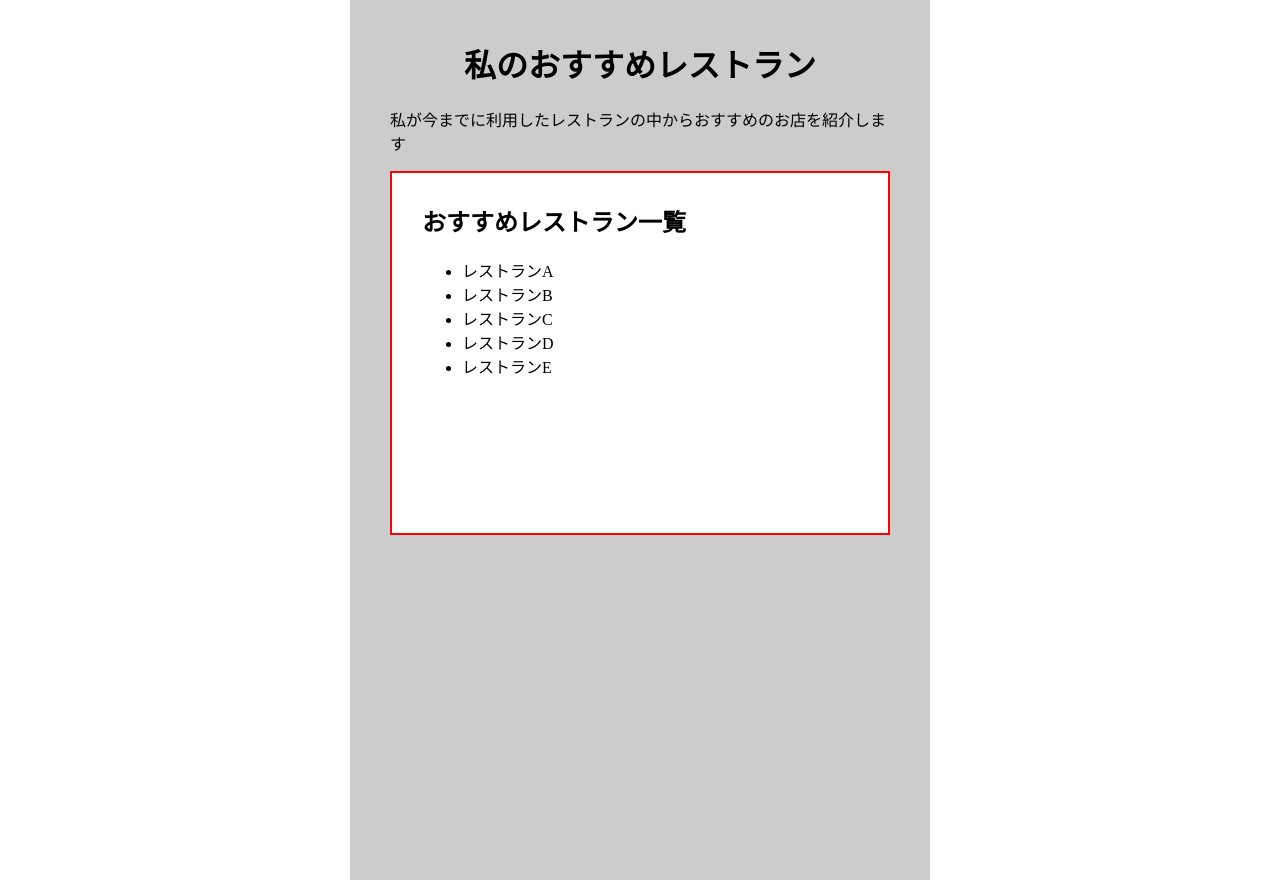
Repository: tsubasa2/restaurant
Page: 2021.2.html
The author's editor kept a record of every edit. The page is drawn from the files as they stood at one moment, then again after the next edit.
The browser window is 1280 px wide. The pictures show the whole page.

Above is the page before.

### 2021.2.html
<!DOCTYPE html>
<html lang="ja">
    <head>
        <meta charset="UTF-8">
        <title>私のおすすめレストラン</title>
        <link rel="stylesheet" href="style.css">
    </head>
    <body>
        <div id="wrapper">
            <h1>私のおすすめレストラン</h1>
            <p>私が今までに利用したレストランの中からおすすめのお店を紹介します</p>
            <div id="restraunt-list">
                <h2>おすすめレストラン一覧</h2>
                <ul>
                    <li>レストランA</li>
                    <li class="red bg-pink">レストランB</li>
                    <li class="bg-pink">レストランC</li>
                    <li>レストランD</li>
                    <li class="red">レストランE</li>
                </ul>
            </div>
        </div>
    </body>
</html>

### style.css
@charset "utf-8";
body {
    /*background-color: black;*/
    height: 100vh;
    margin: 0;
}

div#wrapper {
    background-color: #ccc;
    height: 800px;
    width: 500px;
    margin: 0 auto;
    padding: 40px;
}

h1 {
    margin-top: 0px;
    text-align: center;
}

div#restraunt-list {
    border: solid 2px red;
    height: 300px;
    background-color: white;
    padding: 30px;
}

h2 {
    margin-top: 0;
}

After the next edit:
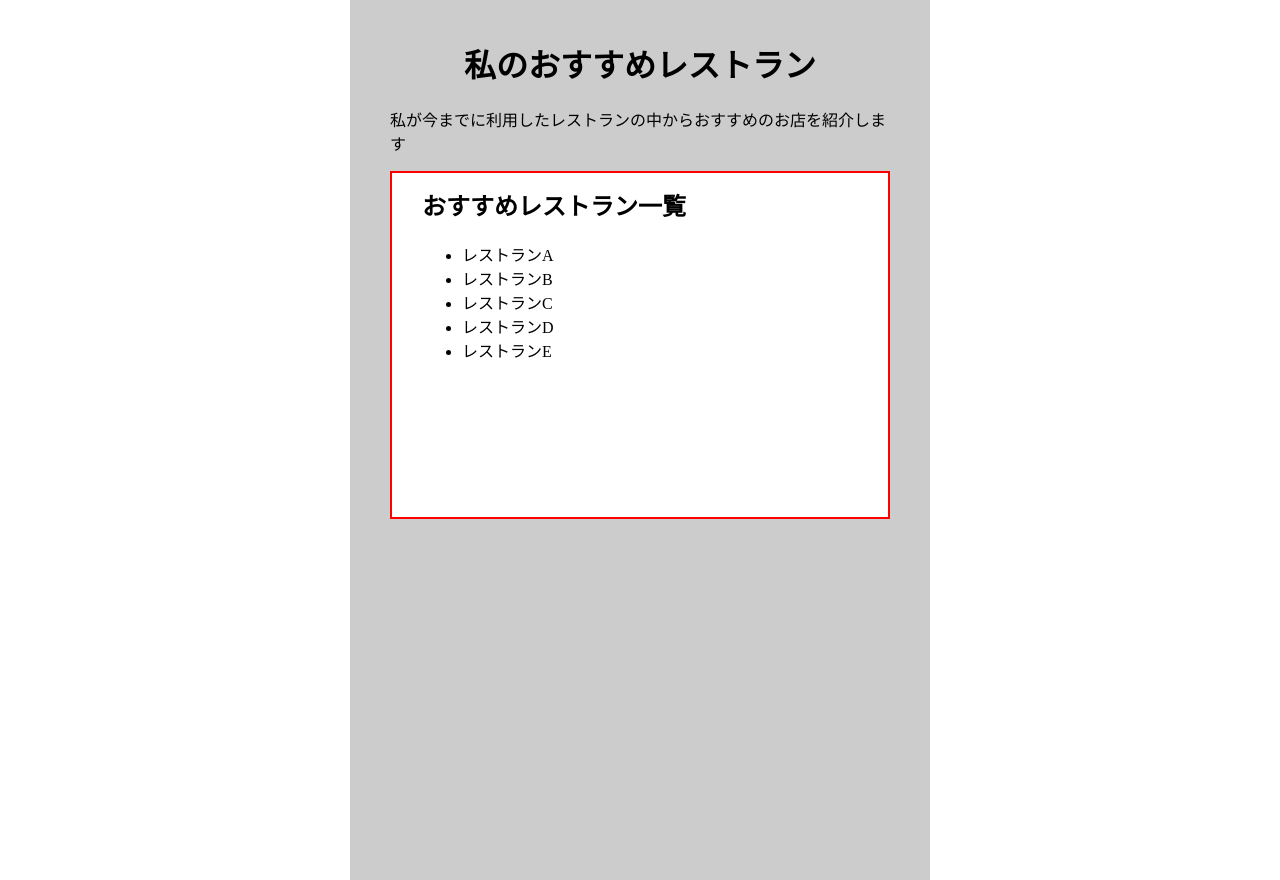
The edit:
--- a/style.css
+++ b/style.css
@@ -23,6 +23,7 @@
     height: 300px;
     background-color: white;
     padding: 30px;
+    padding-top: 14px;
 }
 
 h2 {
